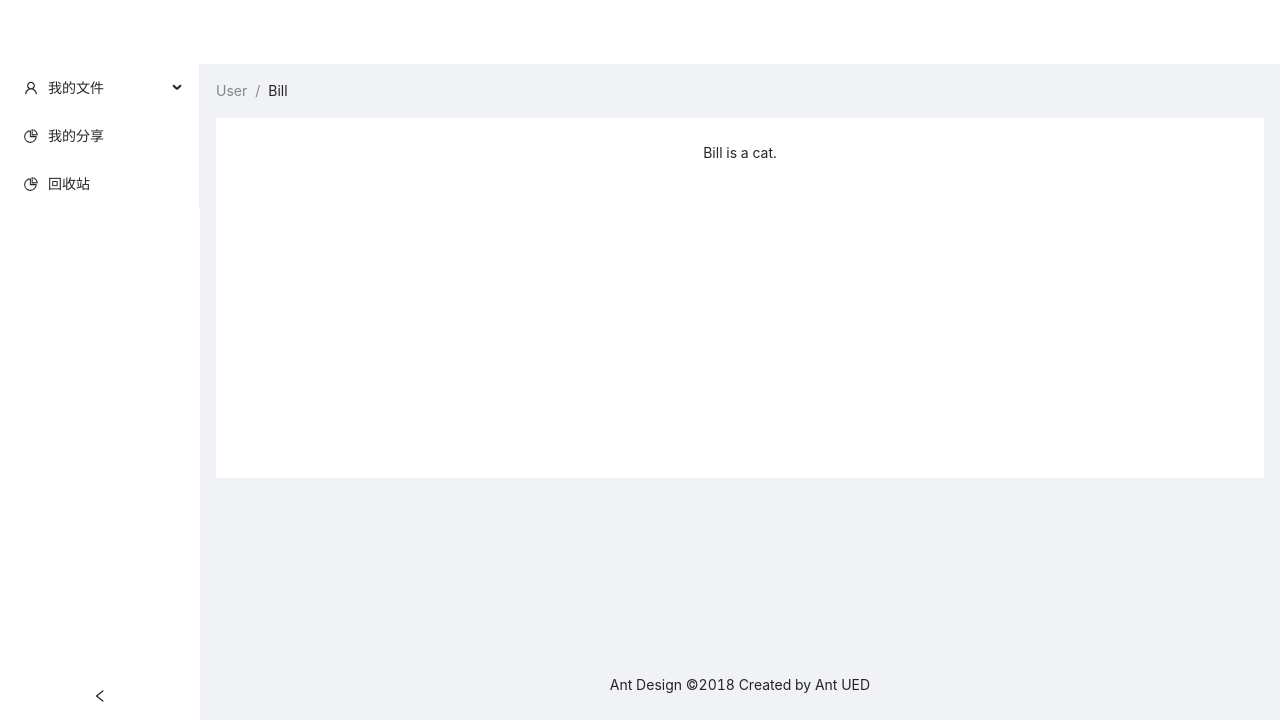
Repository: xstnet/starfire-cloud-fe
Page: /
The author's editor kept a copy of each file at every save. The page is drawn from the files as they stood at one save, then again after the next save.
The browser window is 1280 px wide. The pictures show the whole page.
The project was rebuilt for these pictures with package versions that can differ from the ones it lists, and the page was loaded fresh each time.

Above is the page before, as saved 2021-09-12 16:19:36.

### src/App.js
import React from 'react';
import { Button } from 'antd';
import './App.css';
import MainLayout from './page/layout/main'

const App = () => (
  <div className="App">
    <MainLayout></MainLayout>
  </div>
);

export default App;

### src/page/layout/main.jsx
import React from 'react';
import { Layout, Menu, Breadcrumb } from 'antd';
import {
  DesktopOutlined,
  PieChartOutlined,
  FileOutlined,
  TeamOutlined,
  UserOutlined,
} from '@ant-design/icons';
import './main.css';

const { Header, Content, Footer, Sider } = Layout;
const { SubMenu } = Menu;

class MainLayout extends React.Component {
  state = {
    collapsed: false,
  };

  onCollapse = collapsed => {
    console.log(collapsed);
    this.setState({ collapsed });
  };

  render() {
    const { collapsed } = this.state;
    return (
      <Layout style={{ minHeight: '100vh' }}>
        <Sider theme="light" collapsible collapsed={collapsed} onCollapse={this.onCollapse}>
          <div className="logo" />
          <Menu defaultSelectedKeys={['1']} mode="inline">
            <SubMenu key="my-file" icon={<UserOutlined />} title="我的文件">
              <Menu.Item key="all">全部文件</Menu.Item>
              <Menu.Item key="doc">文档</Menu.Item>
              <Menu.Item key="imgage">图片</Menu.Item>
              <Menu.Item key="audio">音频</Menu.Item>
              <Menu.Item key="video">视频</Menu.Item>
              <Menu.Item key="other">其他</Menu.Item>
            </SubMenu>
            <Menu.Item key="share" icon={<PieChartOutlined />}>
              我的分享
            </Menu.Item>
            <Menu.Item key="recycle" icon={<PieChartOutlined />}>
              回收站
            </Menu.Item>
          </Menu>
        </Sider>
        <Layout className="site-layout">
          <Header className="site-layout-background" style={{ padding: 0 }} />
          <Content style={{ margin: '0 16px' }}>
            <Breadcrumb style={{ margin: '16px 0' }}>
              <Breadcrumb.Item>User</Breadcrumb.Item>
              <Breadcrumb.Item>Bill</Breadcrumb.Item>
            </Breadcrumb>
            <div className="site-layout-background" style={{ padding: 24, minHeight: 360 }}>
              Bill is a cat.
            </div>
          </Content>
          <Footer style={{ textAlign: 'center' }}>Ant Design ©2018 Created by Ant UED</Footer>
        </Layout>
      </Layout>
    );
  }
}

export default MainLayout;

### src/page/layout/main.css
 .logo {
    height: 32px;
    margin: 16px;
    background: rgba(255, 255, 255, 0.3);
  }

  .site-layout .site-layout-background {
    background: #fff;
  }

Loaded but not shown: public/index.html (common file); src/index.js (common file); src/index.css (common file); src/reportWebVitals.js (common file); src/App.css (common file)

After the next save:
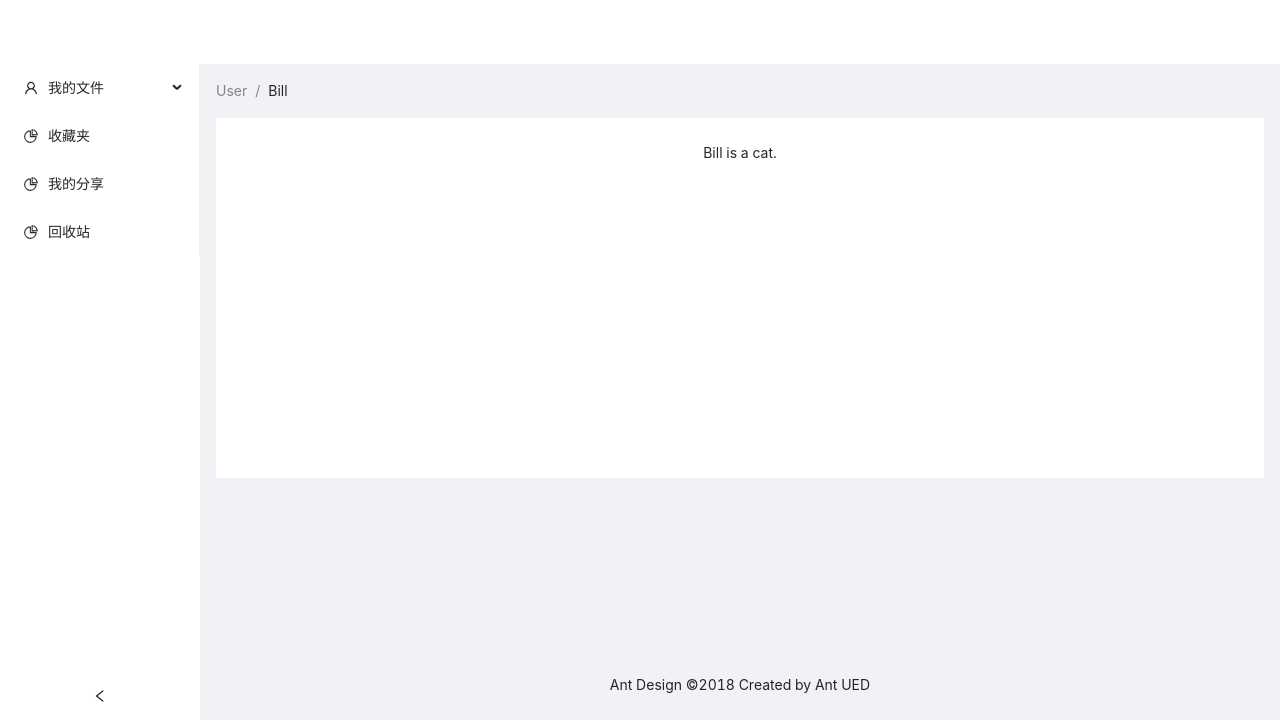
Saved 70 s later.
--- a/src/page/layout/main.jsx
+++ b/src/page/layout/main.jsx
@@ -37,6 +37,9 @@ class MainLayout extends React.Component {
               <Menu.Item key="video">视频</Menu.Item>
               <Menu.Item key="other">其他</Menu.Item>
             </SubMenu>
+            <Menu.Item key="favorite" icon={<PieChartOutlined />}>
+              收藏夹
+            </Menu.Item>
             <Menu.Item key="share" icon={<PieChartOutlined />}>
               我的分享
             </Menu.Item>
